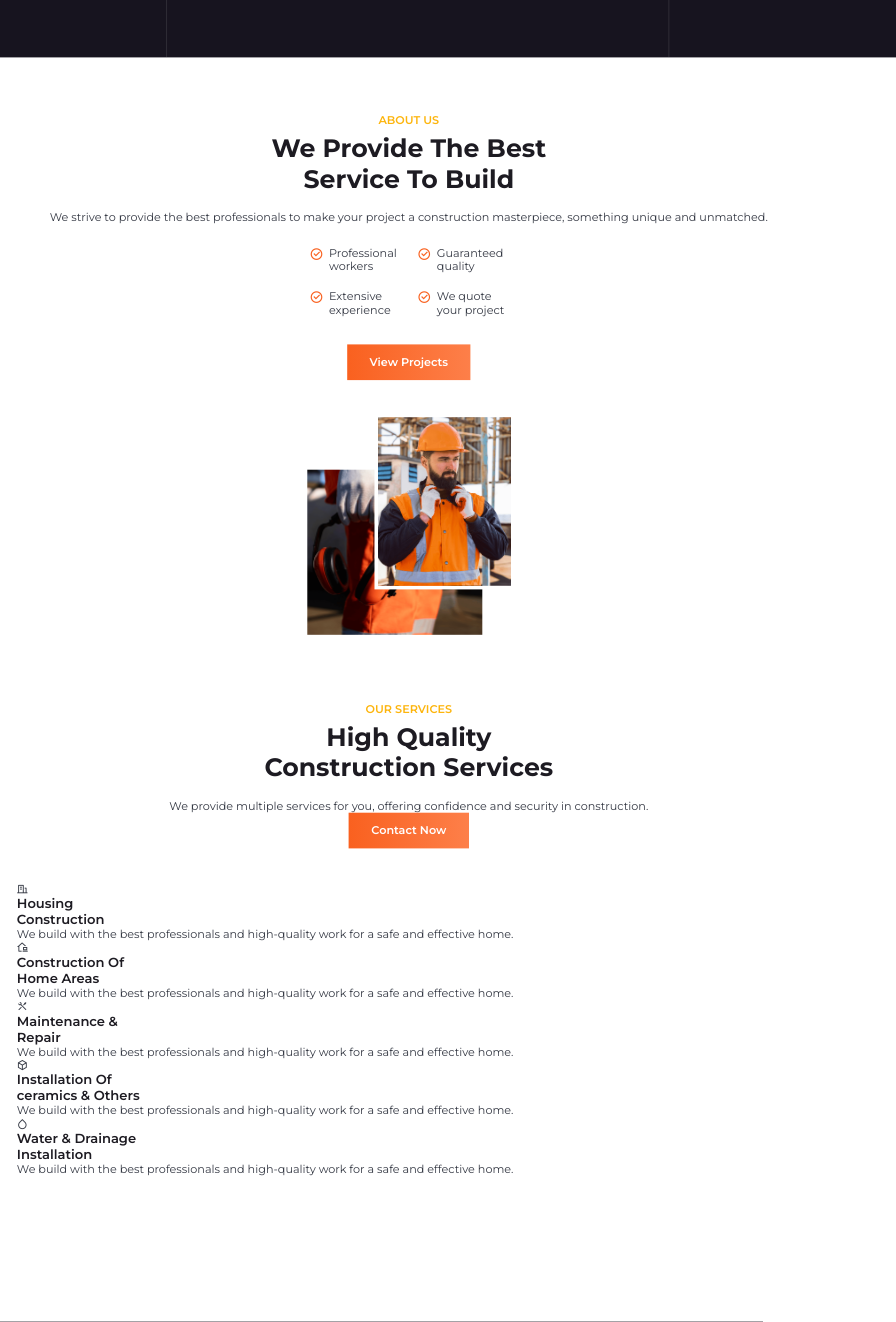
Repository: douglasabnovato/construction
Page: index.html
These files come from the project's save history. The page is drawn as it stood at one moment and after the next save; the edit follows.
The browser window is 1280 px wide. The pictures show the part of the page from y = 1740 to 3660 px (the page is 3628 px tall before and 3660 px after), at 70% of full size.

Above is the page before, as saved 2025-05-01 13:02:01.

### index.html
<!DOCTYPE html>
<html lang="en">
  <head>
    <meta charset="UTF-8" />
    <meta name="viewport" content="width=device-width, initial-scale=1.0" />

    <!--=============== FAVICON ===============-->
    <link
      rel="shortcut icon"
      href="assets/img/favicon.png"
      type="image/x-icon"
    />

    <!--=============== REMIXICONS ===============-->
    <link
      rel="stylesheet"
      href="https://cdnjs.cloudflare.com/ajax/libs/remixicon/4.2.0/remixicon.css"
    />

    <!--=============== SWIPER CSS ===============-->
    <link rel="stylesheet" href="" />

    <!--=============== CSS ===============-->
    <link rel="stylesheet" href="assets/css/styles.css" />

    <title>Construction</title>
  </head>
  <body>
    <!--==================== HEADER ====================-->
    <header class="header bg-header" id="header">
      <nav class="nav container">
        <a href="#" class="nav__logo">
          <i class="ri-bulding-3-line"></i>
          <span>Construct</span>
        </a>
        <div class="nav__menu" id="nav-menu">
          <u class="nav__list">
            <li>
              <a href="#home" class="nav__link">Home</a>
            </li>
            <li>
              <a href="#aboutus" class="nav__link"> About Us</a>
            </li>
            <li>
              <a href="#services" class="nav__link"> Services</a>
            </li>
            <li>
              <a href="#projects" class="nav__link"> Projects</a>
            </li>
            <li>
              <a href="#contactus" class="nav__link button"> Contact Us</a>
            </li>
          </u>
          <!-- Close Button -->
          <div class="nav__close" id="nav-close">
            <i class="ri-close-large-line"></i>
          </div>
        </div>
        <!-- Toggle menu -->
        <div class="nav__toggle" id="nav-toggle">
          <i class="ri-apps-2-line"></i>
        </div>
      </nav>
    </header>

    <!--==================== MAIN ====================-->
    <main class="main">
      <!--==================== HOME ====================-->
      <section class="home section" id="home">
        <img
          src="./assets/img/home-lines-bg.svg"
          alt="image"
          class="home__lines"
        />
        <div class="home__container container grid">
          <div class="home__container grid">
            <div class="home__data">
              <h1 class="home__title">
                Create The<br />
                Constructions<br />
                You Want Here
              </h1>
              <p class="home__description">
                We provide the best home design, construction and maintenance
                services for you and your family.
              </p>
              <div class="home__buttons">
                <a href="#services" class="button">Our Services</a>
                <a href="#projects" class="button__link"
                  ><span>View Projects</span> <i class="ri-arrow-right-line"></i
                ></a>
              </div>
            </div>
            <div class="home__info">
              <div>
                <h3 class="home__info-title">10+</h3>
                <p class="home__info-description">
                  Years of <br />
                  Experience
                </p>
              </div>
              <div>
                <h3 class="home__info-title">200</h3>
                <p class="home__info-description">
                  Complete <br />
                  Projects
                </p>
              </div>
            </div>
          </div>
          <div class="home__images">
            <img src="./assets/img/home-img-1.png" alt="imagem" />
            <img src="./assets/img/home-img-2.png" alt="imagem" />
          </div>
        </div>
      </section>

      <!--==================== ABOUT ====================-->
      <section class="about section" id="about">
        <div class="about__container container grid">
          <div class="about__data">
            <span class="section__subtitle">ABOUT US</span>
            <h2 class="section__title">
              We Provide The Best <br />
              Service To Build
            </h2>
            <p class="about__description">
              We strive to provide the best professionals to make your project a
              construction masterpiece, something unique and unmatched.
            </p>
            <ul class="about__list grid">
              <li class="about__list-item">
                <i class="ri-checkbox-circle-line"></i>
                <span>Professional workers</span>
              </li>
              <li class="about__list-item">
                <i class="ri-checkbox-circle-line"></i>
                <span>Guaranteed quality</span>
              </li>
              <li class="about__list-item">
                <i class="ri-checkbox-circle-line"></i>
                <span>Extensive experience</span>
              </li>
              <li class="about__list-item">
                <i class="ri-checkbox-circle-line"></i>
                <span>We quote your project</span>
              </li>
            </ul>
            <a href="#" class="button">View Projects</a>
          </div>
          <div class="about__images">
            <img
              src="./assets/img/about-img-1.png"
              alt="image"
              class="about__img-1"
            />
            <img
              src="./assets/img/about-img-2.png"
              alt="image"
              class="about__img-2"
            />
          </div>
        </div>
      </section>

      <!--==================== SERVICES ====================-->
      <section class="services section" id="services">
        <div class="services__container container grid">
          <div class="services__data">
            <div>
              <span class="section__subtitle">OUR SERVICES</span>
              <h2 class="section__title">
                High Quality <br />
                Construction Services
              </h2>
            </div>
            <p class="services__description">
              We provide multiple services for you, offering confidence and
              security in construction.
            </p>
            <a href="#contact" class="button">Contact Now</a>
          </div>
          <div class="services__swiper">
            <div>
              <article class="services__card">
                <div class="services__icon">
                  <i class="ri-building-line"></i>
                </div>
                <h3 class="services__title">
                  Housing <br />
                  Construction
                </h3>
                <p>
                  We build with the best professionals and high-quality work for
                  a safe and effective home.
                </p>
              </article>
              <article class="services__card">
                <div class="services__icon">
                  <i class="ri-home-office-line"></i>
                </div>
                <h3 class="services__title">
                  Construction Of <br />
                  Home Areas
                </h3>
                <p>
                  We build with the best professionals and high-quality work for
                  a safe and effective home.
                </p>
              </article>
              <article class="services__card">
                <div class="services__icon"><i class="ri-tools-line"></i></div>
                <h3 class="services__title">
                  Maintenance & <br />
                  Repair
                </h3>
                <p>
                  We build with the best professionals and high-quality work for
                  a safe and effective home.
                </p>
              </article>
              <article class="services__card">
                <div class="services__icon"><i class="ri-box-3-line"></i></div>
                <h3 class="services__title">
                  Installation Of <br />
                  ceramics & Others
                </h3>
                <p>
                  We build with the best professionals and high-quality work for
                  a safe and effective home.
                </p>
              </article>
              <article class="services__card">
                <div class="services__icon"><i class="ri-drop-line"></i></div>
                <h3 class="services__title">
                  Water & Drainage <br />
                  Installation
                </h3>
                <p>
                  We build with the best professionals and high-quality work for
                  a safe and effective home.
                </p>
              </article>
            </div>
          </div>
          <!-- Navigation buttons -->
        </div>
        <div class="services__shape"></div>
      </section>

      <!--==================== PROJECTS ====================-->
      <section class="projects section" id="projects"></section>

      <!--==================== CONTACT ====================-->
      <section class="contact section" id="contact"></section>
    </main>

    <!--==================== FOOTER ====================-->
    <footer class="footer"></footer>

    <!--========== SCROLL UP ==========-->

    <!--=============== SCROLLREVEAL ===============-->
    <script src=""></script>

    <!--=============== SWIPER JS ===============-->
    <script src=""></script>

    <!--=============== MAIN JS ===============-->
    <script src="assets/js/main.js"></script>
  </body>
</html>

### assets/css/styles.css
/*=============== GOOGLE FONTS ===============*/
@import url("https://fonts.googleapis.com/css2?family=Montserrat:wght@100..900&display=swap");

/*=============== VARIABLES CSS ===============*/
:root {
  --header-height: 3.5rem;

  /*========== Colors ==========*/
  /*Color mode HSL(hue, saturation, lightness)*/
  --first-color: hsl(18, 95%, 55%);
  --second-color: hsl(42, 98%, 52%);
  --first-gradient: linear-gradient(
    90deg,
    hsl(18, 95%, 55%),
    hsl(18, 98%, 64%)
  );
  --title-color: hsl(255, 12%, 12%);
  --text-color: hsl(225, 12%, 24%);
  --text-color-light: hsl(255, 4%, 70%);
  --body-color: hsl(0, 0%, 100%);
  --container-color: hsl(0, 0%, 100%);
  --white-color: hsl(0, 0%, 100%);
  --black-color: hsl(255, 20%, 10%);
  --gray-border: hsl(255, 6%, 90%);
  --black-border: hsl(255, 10%, 20%);

  /*========== Font and typography ==========*/
  /*.5rem = 8px | 1rem = 16px ...*/
  --body-font: "Montserrat", sans-serif;
  --big-font-size: 2.25rem;
  --h1-font-size: 1.5rem;
  --h2-font-size: 1.25rem;
  --h3-font-size: 1rem;
  --normal-font-size: 0.938rem;
  --small-font-size: 0.813rem;

  /*========== Font weight ==========*/
  --font-regular: 400;
  --font-medium: 500;
  --font-semi-bold: 600;
  --font-bold: 700;

  /*========== z index ==========*/
  --z-tooltip: 10;
  --z-fixed: 100;
}

/*========== Responsive typography ==========*/
@media screen and (min-width: 1150px) {
  :root {
    --big-font-size: 3.5rem;
    --h1-font-size: 2.25rem;
    --h2-font-size: 1.5rem;
    --h3-font-size: 1.25rem;
    --normal-font-size: 1rem;
    --small-font-size: 0.875rem;
  }
}

/*=============== BASE ===============*/
* {
  box-sizing: border-box;
  padding: 0;
  margin: 0;
}

html {
  scroll-behavior: smooth;
}

body {
  font-family: var(--body-font);
  font-size: var(--normal-font-size);
  background-color: var(--body-color);
  color: var(--text-color);
}

h1,
h2,
h3,
h4 {
  color: var(--title-color);
  font-weight: var(--font-semi-bold);
}

ul {
  list-style: none;
}

a {
  text-decoration: none;
}

img {
  display: block;
  max-width: 100%;
  height: auto;
}

/*=============== REUSABLE CSS CLASSES ===============*/
.container {
  max-width: 1120px;
  margin-inline: 1.5rem;
}

.grid {
  display: grid;
  gap: 1.5rem;
}

.section {
  padding-block: 5rem 1rem;
}
.section__title,
.section__subtitle {
  text-align: center;
}

.section__title {
  font-size: var(--h1-font-size);
  font-weight: var(--font-bold);
  margin-bottom: 1.5rem;
}

.section__subtitle {
  display: block;
  font-size: var(--normal-font-size);
  font-weight: var(--font-semi-bold);
  color: var(--second-color);
  margin-bottom: 0.5rem;
}

.main {
  overflow: hidden;
}

/*=============== HEADER & NAV ===============*/
.header {
  position: fixed;
  width: 100%;
  top: 0;
  left: 0;
  background-color: transparent;
  z-index: var(--z-fixed);
  transition: background-color .4s;
}

.nav {
  position: relative;
  height: var(--header-height);
  display: flex;
  justify-content: space-between;
  align-items: center;
}

.nav__logo {
  display: flex;
  align-items: center;
  column-gap: 0.25rem;
}

.nav__logo span {
  color: var(--white-color);
  font-weight: var(--font-semi-bold);
  transition: color 0.4s;
}

.nav__logoi i {
  color: var(--first-color);
  font-size: 1.5rem;
}

.nav__toggle,
.nav__close {
  font-size: 1.5rem;
  color: var(--white-color);
  cursor: pointer;
  transition: color 0.4s;
}

/* Navigation for mobile devices */
@media screen and (max-width: 1150px) {
  .nav__menu {
    position: fixed;
    top: 0;
    right: -100%;
    background-color: var(--black-color);
    width: 80%;
    height: 100%;
    padding: 7.5rem 3.5rem 0;
    border-left: 2px solid var(--black-border);
    transition: right 0.4s;
  }
}

.nav__list {
  display: flex;
  flex-direction: column;
  row-gap: 4rem;
}

.nav__link {
  color: var(--text-color-light);
  font-weight: var(--font-semi-bold);
  transition: color 0.4s;
}

.nav__link:hover {
  color: var(--first-color);
}

.nav__close {
  position: absolute;
  top: 1rem;
  right: 1.5rem;
}

/* Show menu */
.show-menu {
  right: 0;
}

/* Change background header */
.bg-header{
  background-color: var(--body-color);
  box-shadow: 0 4px 16px hsla(255, 90%, 8%, .1);
}

.bg-header .nav__logo span,
.bg-header .nav__toggle{
  color: var(--title-color);
}

/* Active link */

/*=============== HOME ===============*/
.home {
  position: relative;
  background-color: var(--black-color);
}

.home__container {
  position: relative;
  row-gap: 3rem;
  padding-block: 2.5rem 6rem;
}

.home__content {
  row-gap: 2.5rem;
}

.home__data {
  text-align: center;
}

.home__title {
  color: var(--white-color);
  font-size: var(--big-font-size);
  font-weight: var(--font-bold);
  margin-bottom: 1rem;
}

.home__description{
  margin-bottom: 2.5rem;
  color: var(--text-color-light);
}

.home_buttons{
  display: flex;
  justify-content: center;
  align-items: center;
  gap: 1rem;
}

.home__info{
  display: flex;
  justify-content: center;
  column-gap: 4.5rem;
}

.home__info-title{
  color: var(--second-color);
  font-size: var(--big-font-size);
  font-weight: var(--font-bold);
  margin-bottom: .5rem;
}

.home__info-description{
  font-size: var(--small-font-size);
  color: var(--white-color);
}

.home__images{
  position: relative;
  justify-self: center;
}

.home__img-1{
  width: 250px;
  margin-left: 3.5rem;
}

.home__img-2{
  width: 150px;
  border: 5px solid var(--black-color);
  position: absolute;
  left: 0;
  bottom: -3.5rem;
}

.home__lines{
  position: absolute;
  top: 0;
  left: 0;
  width: 100%;
  height: 100%;
  object-fit: cover;
  object-position: right;
}

/*=============== BUTTON ===============*/
.button {
  display: inline-flex;
  background: var(--first-gradient);
  color: var(--white-color);
  font-weight: var(--font-semi-bold);
  padding: 1rem 2rem;
  transition: box-shadow .4s;
}

.button:hover{
  box-shadow: 0 8px 32px hsla(18, 95%, 55%, .3);
  color: var(--white-color);
}

.button__link {
  display: flex;
  align-items: center;
  column-gap: .25rem;
  color: var(--first-color);
}

.button__link span{
  font-weight: var(--font-semi-bold);
}

.button__link i {
  font-size: 1.5rem;
  transition: transform .4s;
}

.button__link:hover i {
  transform: translateX(.25rem)
}

/*=============== ABOUT ===============*/
.about__container {
  row-gap: 8rem;
}

.about__data {
  text-align: center;
}

.about__description {
  margin-bottom: 2rem;
}

.about__list {
  text-align: initial;
  grid-template-columns: repeat(2, 130px);
  justify-content: center;
  gap: 1.5rem;
  margin-bottom: 2.5rem;
}

.about__list-item {
  display: flex;
  column-gap: .5rem;
  color: var(--tittle-color);
}

.about__list-item i {
  font-size: 1.25rem;
  color: var(--first-color);
}

.about__images{
  position: relative;
  justify-self: center;
}

.about__img-1 {
  width: 200px;
  border: 5px solid var(--body-color);
  position: absolute;
  top: -5rem;
  left: 6rem;
}

.about__img-2 {
  width: 250px;
  margin-right: 2.5rem;
}


/*=============== SERVICES ===============*/
.services{
  position: relative;
}

.services__container{
  position: relative;
  row-gap: 3rem;
}

.services__data {
  text-align: center;
}

/* Swiper class */

/*=============== PROJECTS ===============*/

/*=============== CONTACT ===============*/

/*=============== FOOTER ===============*/

/*=============== SCROLL BAR ===============*/

/*=============== SCROLL UP ===============*/

/* Show Scroll Up */

/*=============== BREAKPOINTS ===============*/
/* For small devices */

/* For medium devices */

/* For large devices */

### assets/js/main.js
/*=============== SHOW MENU ===============*/
const navMenu = document.getElementById('nav-menu'),
      navToggle = document.getElementById('nav-toggle'),
      navClose = document.getElementById('nav-close')

/* Menu show */
if(navToggle){
    navToggle.addEventListener('click', () =>{
        navMenu.classList.add('show-menu')
    })
}

/* Menu hidden */
if(navClose){
    navClose.addEventListener('click', () =>{
        navMenu.classList.remove('show-menu')
    })
}

/*=============== REMOVE MENU MOBILE ===============*/
const navLink = document.querySelectorAll('.nav__link')

const linkAction = () =>{
    const navMenu = document.getElementById('nav-menu')
    // When we click on each nav__link, we remove the show-menu class
    navMenu.classList.remove('show-menu')
}
navLink.forEach(n => n.addEventListener('click', linkAction))


/*=============== CHANGE BACKGROUND HEADER ===============*/
const bgHeader = () =>{
    const header = document.getElementById('header')
    // Add a class if the bottom offset is greater than 50 of the viewport
    this.scrollY >= 50 ? header.classList.add('bg-header')
                       : header.classList.remove('bg-header')
}
window.addEventListener('scroll', bgHeader)
bgHeader()

/*=============== SWIPER SERVICES ===============*/

/*=============== SHOW SCROLL UP ===============*/

/*=============== SCROLL SECTIONS ACTIVE LINK ===============*/

/*=============== SCROLL REVEAL ANIMATION ===============*/

After the next save:
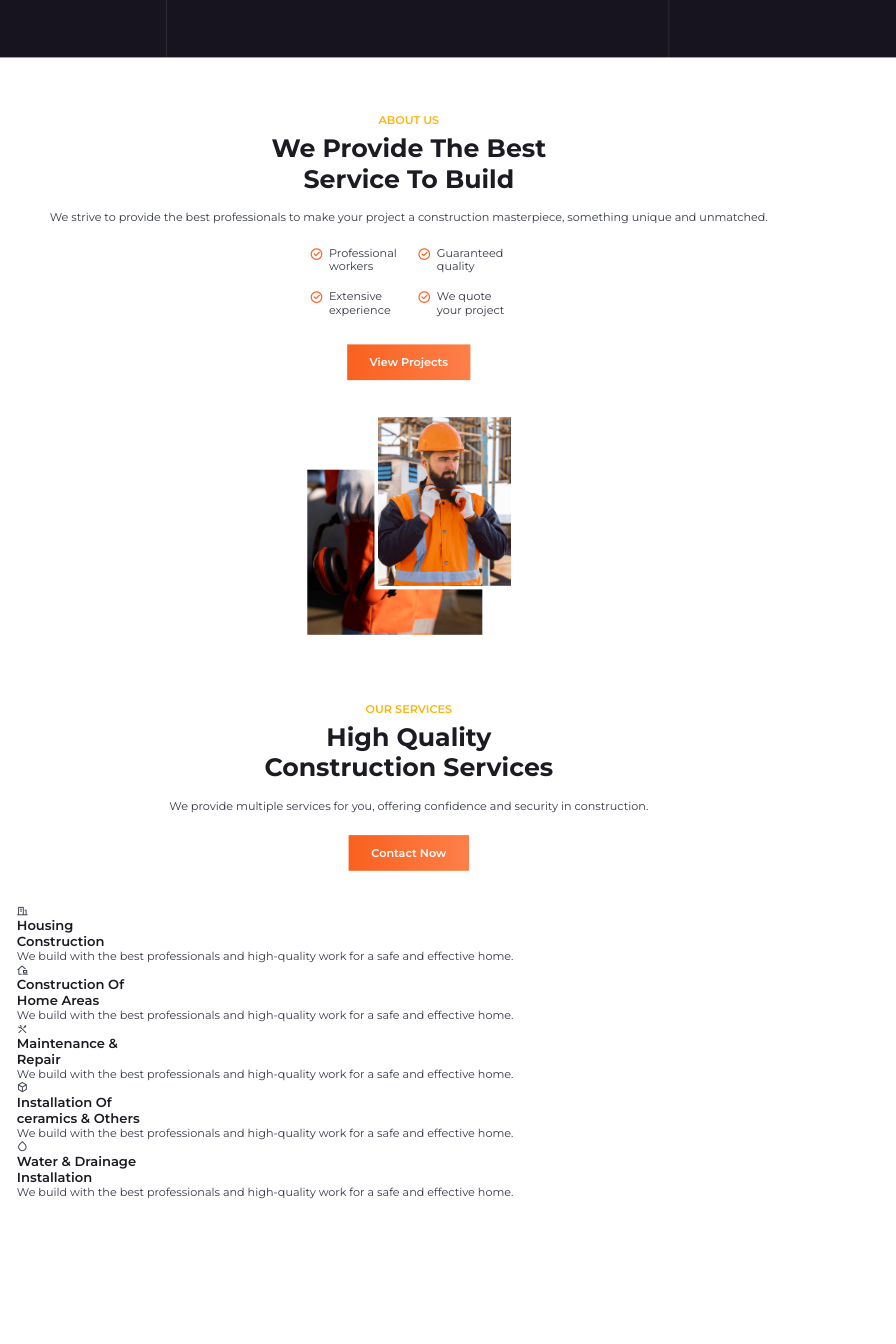
Saved 31 s later.
--- a/assets/css/styles.css
+++ b/assets/css/styles.css
@@ -418,6 +418,10 @@ img {
   text-align: center;
 }
 
+.services__description {
+  margin-bottom: 2rem;
+}
+
 /* Swiper class */
 
 /*=============== PROJECTS ===============*/
